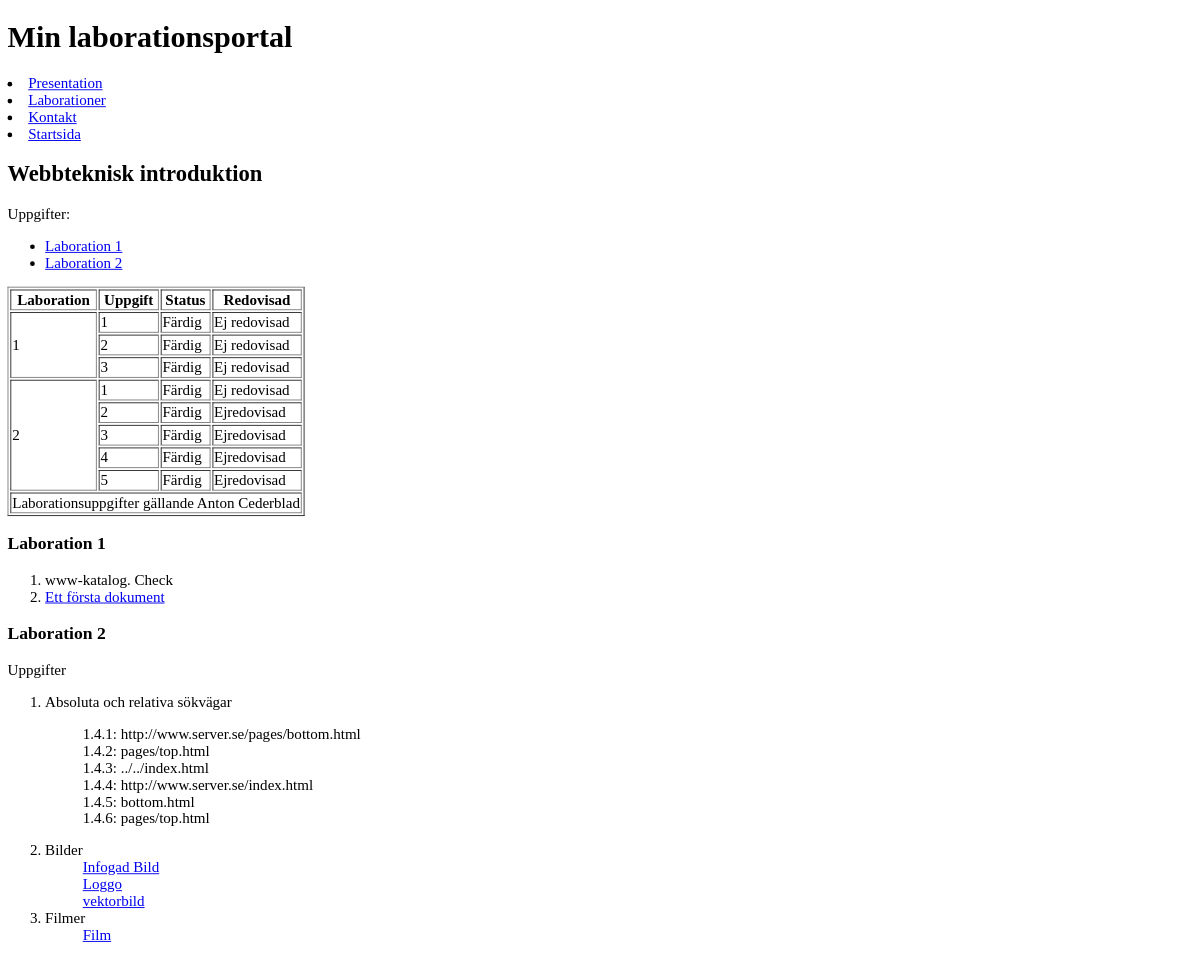
Repository: ac222jv/1IK415-Laborationer
Page: Pages/Laborationer.html
The author's editor kept a record of every edit. The page is drawn from the files as they stood at one moment, then again after the next edit.
The browser window is 1280 px wide. The pictures show the whole page, at 94% of full size.

Above is the page before.

### Pages/Laborationer.html
<!DOCTYPE html>
<html>
    <head>
        <meta charset="UTF-8" />
        <title> Laborationsportal</title>

    </head>

    <body>



      <h1> Min laborationsportal</h1>

       <li>
    <a href="Presentation.html"> Presentation </a>
    </li>

    <li>
    <a href="Laborationer.html"> Laborationer </a>
    </li>

    <li>
    <a href="Kontakt.html"> Kontakt </a>
    </li>


     <li>
    <a href="../index.html"> Startsida </a>
    </li>

    </ul>


    <h2>Webbteknisk introduktion</h2>

    <p>Uppgifter:</p>

    <ul>
        <li>
        <a href="#laboration 1"> Laboration 1 </a>
        </li>

        <li>
        <a href="#laboration 2"> Laboration 2 </a>
        </li>


    </ul>


    <table border="1">

   <thead>
        <tr>

            <th>Laboration</th>
            <th>Uppgift</thd>
            <th>Status</th>
            <th>Redovisad</th>
        </tr>

       </thead>


       <tfoot>

           <td colspan="4"> Laborationsuppgifter gällande Anton Cederblad </td>
       </tfoot>


      <tbody>


         <tr>
         <td rowspan="3">1

         <td>1</td>

        <td>Färdig</td>
        <td>Ej redovisad</td>

         </tr>

         <tr>
         <td>2</td>
         <td>Färdig</td>
         <td>Ej redovisad</td>
         </tr>

         <tr>


         <td>3</td>
         <td>Färdig</td>
         <td>Ej redovisad</td>
         </tr>

        <tr>
            <td rowspan="6">2

            <td>1</td>
            <td>Färdig</td>
            <td>Ej redovisad</td>
        </tr>

        <tr>
            <td>2</td>
            <td>Färdig</td>
            <td>Ejredovisad</td>
        </tr>
         <tr>
            <td>3</td>
            <td>Färdig</td>
            <td>Ejredovisad</td>
        </tr>

         <tr>
            <td>4</td>
            <td>Färdig</td>
            <td>Ejredovisad</td>
        </tr>
         <tr>
            <td>5</td>
            <td>Färdig</td>
            <td>Ejredovisad</td>
        </tr>
         </tbody>





    </table>






    <h3 id="laboration 1"> Laboration 1 </h3>

    <ol>
        <li>www-katalog. Check</li>
        <li>
        <a href="Presentation.html"> Ett första dokument </a>
        </li>



    </ol>

    <h3 id="laboration 2"> Laboration 2 </h3>



    <p>Uppgifter</p>

    <ol>
        <li>Absoluta och relativa sökvägar</li>



    <dl>
       <dd>1.4.1: http://www.server.se/pages/bottom.html</dd>

       <dd>1.4.2: pages/top.html</dd>

       <dd> 1.4.3: ../../index.html</dd>

       <dd> 1.4.4: http://www.server.se/index.html</dd>

       <dd> 1.4.5: bottom.html</dd>

       <dd> 1.4.6: pages/top.html</dd>

        </dl>


    <ol2>
        <li>Bilder</li>



     <dd>
    <a href="Presentation.html#MinBild"> Infogad Bild </a>
    </dd>
    <dd><a href=../Pics/Loggo.png> Loggo </a></dd>
    <dd><a href="Presentation.html#svg_1">vektorbild</a></dd>

     <ol3>
        <li>Filmer</li>
         <dd>
    <a href="Presentation.html#BunnyVideo"> Film </a>
    </dd>

    </ol>



    </body>

</html>

After the next edit:
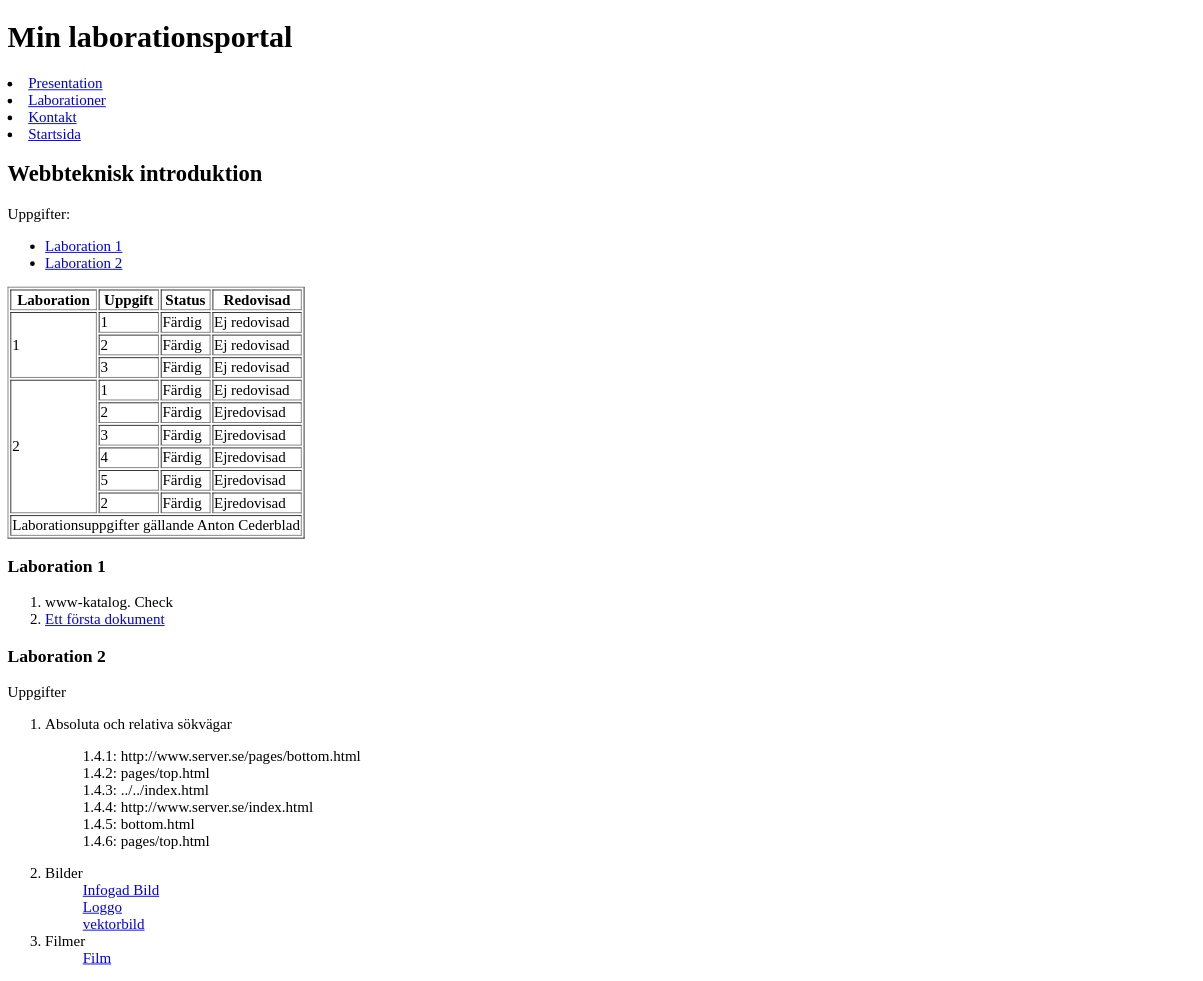
The edit:
--- a/Pages/Laborationer.html
+++ b/Pages/Laborationer.html
@@ -125,6 +125,11 @@
             <td>Färdig</td>
             <td>Ejredovisad</td>
         </tr>
+         <tr>
+            <td>2</td>
+            <td>Färdig</td>
+            <td>Ejredovisad</td>
+        </tr>
          </tbody>
 
 
